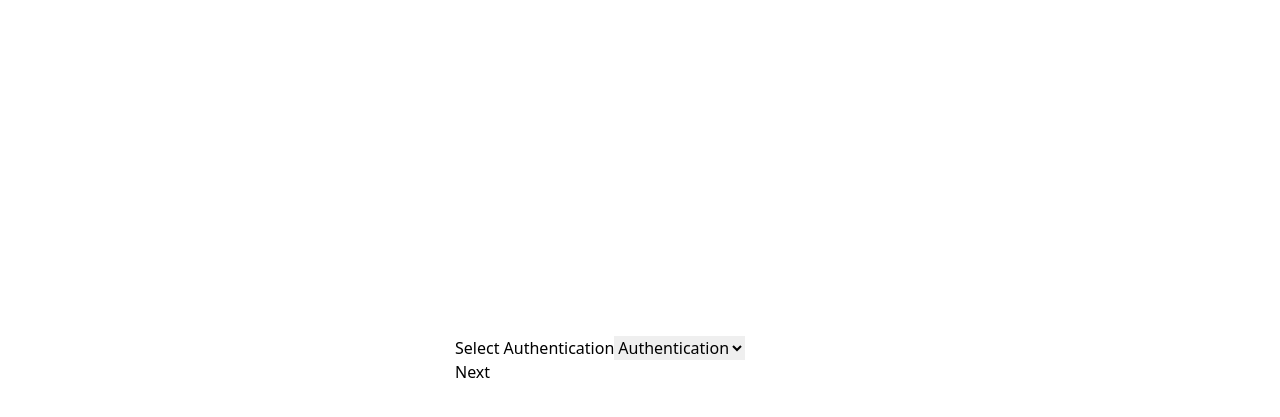
Repository: AbdalrahmanEldeep/FIBOTIC
Page: /
These files come from the project's save history. The page is drawn as it stood at one moment and after the next save; the edit follows.
The browser window is 1280 px wide. The pictures show the whole page.
The project was rebuilt for these pictures with package versions that can differ from the ones it lists, and the page was loaded fresh each time. Also part of the build but not shown: vite.config.js, src/pages/protecter.jsx, src/pages/exame.jsx.

Above is the page before, as saved 2023-01-06 23:19:00.

### index.html
<!DOCTYPE html>
<html lang="en">
  <head>
    <meta charset="UTF-8" />
    <link rel="icon" type="image/svg+xml" href="/vite.svg" />
    <meta name="viewport" content="width=device-width, initial-scale=1.0" />
    <title>FIBO</title>
    <!-- Tailwindcss -->
    <link rel="stylesheet" href="/src/global/app.css">
  </head>
  <body>
    <div id="root"></div>
    <script type="module" src="/src/main.jsx"></script>
    <script>
      // On page load or when changing themes, best to add inline in `head` to avoid FOUC
      if (localStorage.getItem('color-theme') === 'dark' || (!('color-theme' in localStorage) && window.matchMedia('(prefers-color-scheme: dark)').matches)) {
          document.documentElement.classList.add('dark');
      } else {
          document.documentElement.classList.remove('dark')
      }
  </script>
  </body>
</html>

### src/global/app.css
/*
! tailwindcss v3.2.4 | MIT License | https://tailwindcss.com
*/

/*
1. Prevent padding and border from affecting element width. (https://github.com/mozdevs/cssremedy/issues/4)
2. Allow adding a border to an element by just adding a border-width. (https://github.com/tailwindcss/tailwindcss/pull/116)
*/

*,
::before,
::after {
  box-sizing: border-box;
  /* 1 */
  border-width: 0;
  /* 2 */
  border-style: solid;
  /* 2 */
  border-color: #e5e7eb;
  /* 2 */
}

::before,
::after {
  --tw-content: '';
}

/*
1. Use a consistent sensible line-height in all browsers.
2. Prevent adjustments of font size after orientation changes in iOS.
3. Use a more readable tab size.
4. Use the user's configured `sans` font-family by default.
5. Use the user's configured `sans` font-feature-settings by default.
*/

html {
  line-height: 1.5;
  /* 1 */
  -webkit-text-size-adjust: 100%;
  /* 2 */
  -moz-tab-size: 4;
  /* 3 */
  -o-tab-size: 4;
     tab-size: 4;
  /* 3 */
  font-family: ui-sans-serif, system-ui, -apple-system, BlinkMacSystemFont, "Segoe UI", Roboto, "Helvetica Neue", Arial, "Noto Sans", sans-serif, "Apple Color Emoji", "Segoe UI Emoji", "Segoe UI Symbol", "Noto Color Emoji";
  /* 4 */
  font-feature-settings: normal;
  /* 5 */
}

/*
1. Remove the margin in all browsers.
2. Inherit line-height from `html` so users can set them as a class directly on the `html` element.
*/

body {
  margin: 0;
  /* 1 */
  line-height: inherit;
  /* 2 */
}

/*
1. Add the correct height in Firefox.
2. Correct the inheritance of border color in Firefox. (https://bugzilla.mozilla.org/show_bug.cgi?id=190655)
3. Ensure horizontal rules are visible by default.
*/

hr {
  height: 0;
  /* 1 */
  color: inherit;
  /* 2 */
  border-top-width: 1px;
  /* 3 */
}

/*
Add the correct text decoration in Chrome, Edge, and Safari.
*/

abbr:where([title]) {
  -webkit-text-decoration: underline dotted;
          text-decoration: underline dotted;
}

/*
Remove the default font size and weight for headings.
*/

h1,
h2,
h3,
h4,
h5,
h6 {
  font-size: inherit;
  font-weight: inherit;
}

/*
Reset links to optimize for opt-in styling instead of opt-out.
*/

a {
  color: inherit;
  text-decoration: inherit;
}

/*
Add the correct font weight in Edge and Safari.
*/

b,
strong {
  font-weight: bolder;
}

/*
1. Use the user's configured `mono` font family by default.
2. Correct the odd `em` font sizing in all browsers.
*/

code,
kbd,
samp,
pre {
  font-family: ui-monospace, SFMono-Regular, Menlo, Monaco, Consolas, "Liberation Mono", "Courier New", monospace;
  /* 1 */
  font-size: 1em;
  /* 2 */
}

/*
Add the correct font size in all browsers.
*/

small {
  font-size: 80%;
}

/*
Prevent `sub` and `sup` elements from affecting the line height in all browsers.
*/

sub,
sup {
  font-size: 75%;
  line-height: 0;
  position: relative;
  vertical-align: baseline;
}

sub {
  bottom: -0.25em;
}

sup {
  top: -0.5em;
}

/*
1. Remove text indentation from table contents in Chrome and Safari. (https://bugs.chromium.org/p/chromium/issues/detail?id=999088, https://bugs.webkit.org/show_bug.cgi?id=201297)
2. Correct table border color inheritance in all Chrome and Safari. (https://bugs.chromium.org/p/chromium/issues/detail?id=935729, https://bugs.webkit.org/show_bug.cgi?id=195016)
3. Remove gaps between table borders by default.
*/

table {
  text-indent: 0;
  /* 1 */
  border-color: inherit;
  /* 2 */
  border-collapse: collapse;
  /* 3 */
}

/*
1. Change the font styles in all browsers.
2. Remove the margin in Firefox and Safari.
3. Remove default padding in all browsers.
*/

button,
input,
optgroup,
select,
textarea {
  font-family: inherit;
  /* 1 */
  font-size: 100%;
  /* 1 */
  font-weight: inherit;
  /* 1 */
  line-height: inherit;
  /* 1 */
  color: inherit;
  /* 1 */
  margin: 0;
  /* 2 */
  padding: 0;
  /* 3 */
}

/*
Remove the inheritance of text transform in Edge and Firefox.
*/

button,
select {
  text-transform: none;
}

/*
1. Correct the inability to style clickable types in iOS and Safari.
2. Remove default button styles.
*/

button,
[type='button'],
[type='reset'],
[type='submit'] {
  -webkit-appearance: button;
  /* 1 */
  background-color: transparent;
  /* 2 */
  background-image: none;
  /* 2 */
}

/*
Use the modern Firefox focus style for all focusable elements.
*/

:-moz-focusring {
  outline: auto;
}

/*
Remove the additional `:invalid` styles in Firefox. (https://github.com/mozilla/gecko-dev/blob/2f9eacd9d3d995c937b4251a5557d95d494c9be1/layout/style/res/forms.css#L728-L737)
*/

:-moz-ui-invalid {
  box-shadow: none;
}

/*
Add the correct vertical alignment in Chrome and Firefox.
*/

progress {
  vertical-align: baseline;
}

/*
Correct the cursor style of increment and decrement buttons in Safari.
*/

::-webkit-inner-spin-button,
::-webkit-outer-spin-button {
  height: auto;
}

/*
1. Correct the odd appearance in Chrome and Safari.
2. Correct the outline style in Safari.
*/

[type='search'] {
  -webkit-appearance: textfield;
  /* 1 */
  outline-offset: -2px;
  /* 2 */
}

/*
Remove the inner padding in Chrome and Safari on macOS.
*/

::-webkit-search-decoration {
  -webkit-appearance: none;
}

/*
1. Correct the inability to style clickable types in iOS and Safari.
2. Change font properties to `inherit` in Safari.
*/

::-webkit-file-upload-button {
  -webkit-appearance: button;
  /* 1 */
  font: inherit;
  /* 2 */
}

/*
Add the correct display in Chrome and Safari.
*/

summary {
  display: list-item;
}

/*
Removes the default spacing and border for appropriate elements.
*/

blockquote,
dl,
dd,
h1,
h2,
h3,
h4,
h5,
h6,
hr,
figure,
p,
pre {
  margin: 0;
}

fieldset {
  margin: 0;
  padding: 0;
}

legend {
  padding: 0;
}

ol,
ul,
menu {
  list-style: none;
  margin: 0;
  padding: 0;
}

/*
Prevent resizing textareas horizontally by default.
*/

textarea {
  resize: vertical;
}

/*
1. Reset the default placeholder opacity in Firefox. (https://github.com/tailwindlabs/tailwindcss/issues/3300)
2. Set the default placeholder color to the user's configured gray 400 color.
*/

input::-moz-placeholder, textarea::-moz-placeholder {
  opacity: 1;
  /* 1 */
  color: #9ca3af;
  /* 2 */
}

input::placeholder,
textarea::placeholder {
  opacity: 1;
  /* 1 */
  color: #9ca3af;
  /* 2 */
}

/*
Set the default cursor for buttons.
*/

button,
[role="button"] {
  cursor: pointer;
}

/*
Make sure disabled buttons don't get the pointer cursor.
*/

:disabled {
  cursor: default;
}

/*
1. Make replaced elements `display: block` by default. (https://github.com/mozdevs/cssremedy/issues/14)
2. Add `vertical-align: middle` to align replaced elements more sensibly by default. (https://github.com/jensimmons/cssremedy/issues/14#issuecomment-634934210)
   This can trigger a poorly considered lint error in some tools but is included by design.
*/

img,
svg,
video,
canvas,
audio,
iframe,
embed,
object {
  display: block;
  /* 1 */
  vertical-align: middle;
  /* 2 */
}

/*
Constrain images and videos to the parent width and preserve their intrinsic aspect ratio. (https://github.com/mozdevs/cssremedy/issues/14)
*/

img,
video {
  max-width: 100%;
  height: auto;
}

/* Make elements with the HTML hidden attribute stay hidden by default */

[hidden] {
  display: none;
}

*, ::before, ::after {
  --tw-border-spacing-x: 0;
  --tw-border-spacing-y: 0;
  --tw-translate-x: 0;
  --tw-translate-y: 0;
  --tw-rotate: 0;
  --tw-skew-x: 0;
  --tw-skew-y: 0;
  --tw-scale-x: 1;
  --tw-scale-y: 1;
  --tw-pan-x:  ;
  --tw-pan-y:  ;
  --tw-pinch-zoom:  ;
  --tw-scroll-snap-strictness: proximity;
  --tw-ordinal:  ;
  --tw-slashed-zero:  ;
  --tw-numeric-figure:  ;
  --tw-numeric-spacing:  ;
  --tw-numeric-fraction:  ;
  --tw-ring-inset:  ;
  --tw-ring-offset-width: 0px;
  --tw-ring-offset-color: #fff;
  --tw-ring-color: rgb(59 130 246 / 0.5);
  --tw-ring-offset-shadow: 0 0 #0000;
  --tw-ring-shadow: 0 0 #0000;
  --tw-shadow: 0 0 #0000;
  --tw-shadow-colored: 0 0 #0000;
  --tw-blur:  ;
  --tw-brightness:  ;
  --tw-contrast:  ;
  --tw-grayscale:  ;
  --tw-hue-rotate:  ;
  --tw-invert:  ;
  --tw-saturate:  ;
  --tw-sepia:  ;
  --tw-drop-shadow:  ;
  --tw-backdrop-blur:  ;
  --tw-backdrop-brightness:  ;
  --tw-backdrop-contrast:  ;
  --tw-backdrop-grayscale:  ;
  --tw-backdrop-hue-rotate:  ;
  --tw-backdrop-invert:  ;
  --tw-backdrop-opacity:  ;
  --tw-backdrop-saturate:  ;
  --tw-backdrop-sepia:  ;
}

::backdrop {
  --tw-border-spacing-x: 0;
  --tw-border-spacing-y: 0;
  --tw-translate-x: 0;
  --tw-translate-y: 0;
  --tw-rotate: 0;
  --tw-skew-x: 0;
  --tw-skew-y: 0;
  --tw-scale-x: 1;
  --tw-scale-y: 1;
  --tw-pan-x:  ;
  --tw-pan-y:  ;
  --tw-pinch-zoom:  ;
  --tw-scroll-snap-strictness: proximity;
  --tw-ordinal:  ;
  --tw-slashed-zero:  ;
  --tw-numeric-figure:  ;
  --tw-numeric-spacing:  ;
  --tw-numeric-fraction:  ;
  --tw-ring-inset:  ;
  --tw-ring-offset-width: 0px;
  --tw-ring-offset-color: #fff;
  --tw-ring-color: rgb(59 130 246 / 0.5);
  --tw-ring-offset-shadow: 0 0 #0000;
  --tw-ring-shadow: 0 0 #0000;
  --tw-shadow: 0 0 #0000;
  --tw-shadow-colored: 0 0 #0000;
  --tw-blur:  ;
  --tw-brightness:  ;
  --tw-contrast:  ;
  --tw-grayscale:  ;
  --tw-hue-rotate:  ;
  --tw-invert:  ;
  --tw-saturate:  ;
  --tw-sepia:  ;
  --tw-drop-shadow:  ;
  --tw-backdrop-blur:  ;
  --tw-backdrop-brightness:  ;
  --tw-backdrop-contrast:  ;
  --tw-backdrop-grayscale:  ;
  --tw-backdrop-hue-rotate:  ;
  --tw-backdrop-invert:  ;
  --tw-backdrop-opacity:  ;
  --tw-backdrop-saturate:  ;
  --tw-backdrop-sepia:  ;
}

### src/main.jsx
import ReactDOM  from "react-dom/client";
import { Root } from "./router/Root";
import 'flowbite';

const root = ReactDOM.createRoot(document.querySelector("#root"));

root.render(
  <Root/>
)

### src/router/Root.jsx
import React from 'react'
import { BrowserRouter, Route, Routes } from 'react-router-dom'
import Home from '../pages/home'
import Protecter from '../pages/protecter'
import Aboute from '../pages/exame'

export const Root = () => {
  return (
    <BrowserRouter>
        <Routes>
            <Route path="/" element={<Protecter statuse={true}><Home/></Protecter>}/>
            <Route path="/exame" element={<Protecter statuse={true}><Aboute/></Protecter>}/>
        </Routes>
    </BrowserRouter>
  )
}

### src/pages/home.jsx
import React from 'react'
import styled from 'styled-components'
import { CntForm } from '../components/cntForm'

const Container = styled.div`

  position: fixed;
  top: 50%;
  left: 50%;
  transform: translate(-50%,-50%);
  width: 80%;
  margin: 0 auto;
  @media screen and (min-width:976px) {
    width: 400px;
  }
`

export default function Home() {
  return (
    <>
    <Container>
      <CntForm/>
    </Container>
    </>
  )
}

### src/components/cntForm.jsx
import React from 'react'

export const CntForm = () => {
  return (
    <form className='shadow' style={{padding:"15px"}}>
            <div className="flex flex-col gap-2 items-start mb-6">
                <label htmlFor="countries" className="block mb-2 text-sm font-medium text-gray-900 dark:text-white">Select Authentication</label>
                <select id="countries" className="bg-gray-50 border border-gray-300 text-gray-900 text-sm rounded focus:ring-blue-500 focus:border-blue-500 block w-full p-2.5 dark:bg-gray-700 dark:border-gray-600 dark:placeholder-gray-400 dark:text-white dark:focus:ring-blue-500 dark:focus:border-blue-500">
                    <option defaultValue="Authentication">Authentication</option>
                    <option value="1">Admine</option>
                    <option value="2">Student</option>
                </select>
            </div>
            <button type="submit" className="text-white bg-blue-700 hover:bg-blue-800 focus:ring-4 focus:outline-none focus:ring-blue-300 font-medium rounded text-sm px-5 py-2.5 text-center dark:bg-blue-600 dark:hover:bg-blue-700 dark:focus:ring-blue-800">Next</button>
    </form>
  )
}

After the next save:
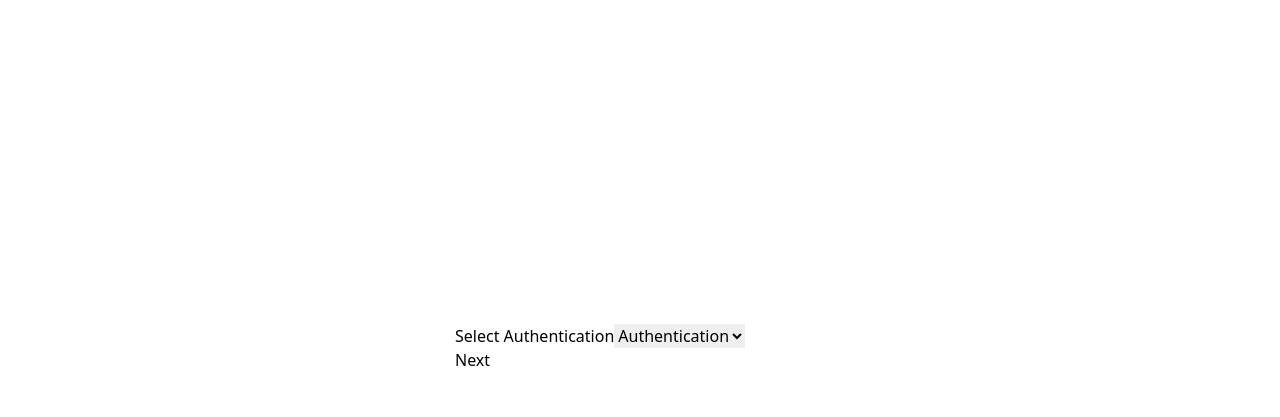
Saved 22 s later.
--- a/src/pages/home.jsx
+++ b/src/pages/home.jsx
@@ -20,6 +20,10 @@
     <>
     <Container>
       <CntForm/>
+      <button id="theme-toggle" type="button" class="text-gray-500 dark:text-gray-400 hover:bg-gray-100 dark:hover:bg-gray-700 focus:outline-none focus:ring-4 focus:ring-gray-200 dark:focus:ring-gray-700 rounded-lg text-sm p-2.5">
+        <svg id="theme-toggle-dark-icon" class="hidden w-5 h-5" fill="currentColor" viewBox="0 0 20 20" xmlns="http://www.w3.org/2000/svg"><path d="M17.293 13.293A8 8 0 016.707 2.707a8.001 8.001 0 1010.586 10.586z"></path></svg>
+        <svg id="theme-toggle-light-icon" class="hidden w-5 h-5" fill="currentColor" viewBox="0 0 20 20" xmlns="http://www.w3.org/2000/svg"><path d="M10 2a1 1 0 011 1v1a1 1 0 11-2 0V3a1 1 0 011-1zm4 8a4 4 0 11-8 0 4 4 0 018 0zm-.464 4.95l.707.707a1 1 0 001.414-1.414l-.707-.707a1 1 0 00-1.414 1.414zm2.12-10.607a1 1 0 010 1.414l-.706.707a1 1 0 11-1.414-1.414l.707-.707a1 1 0 011.414 0zM17 11a1 1 0 100-2h-1a1 1 0 100 2h1zm-7 4a1 1 0 011 1v1a1 1 0 11-2 0v-1a1 1 0 011-1zM5.05 6.464A1 1 0 106.465 5.05l-.708-.707a1 1 0 00-1.414 1.414l.707.707zm1.414 8.486l-.707.707a1 1 0 01-1.414-1.414l.707-.707a1 1 0 011.414 1.414zM4 11a1 1 0 100-2H3a1 1 0 000 2h1z" fill-rule="evenodd" clip-rule="evenodd"></path></svg>
+    </button>
     </Container>
     </>
   )

After the 2 saves that followed:
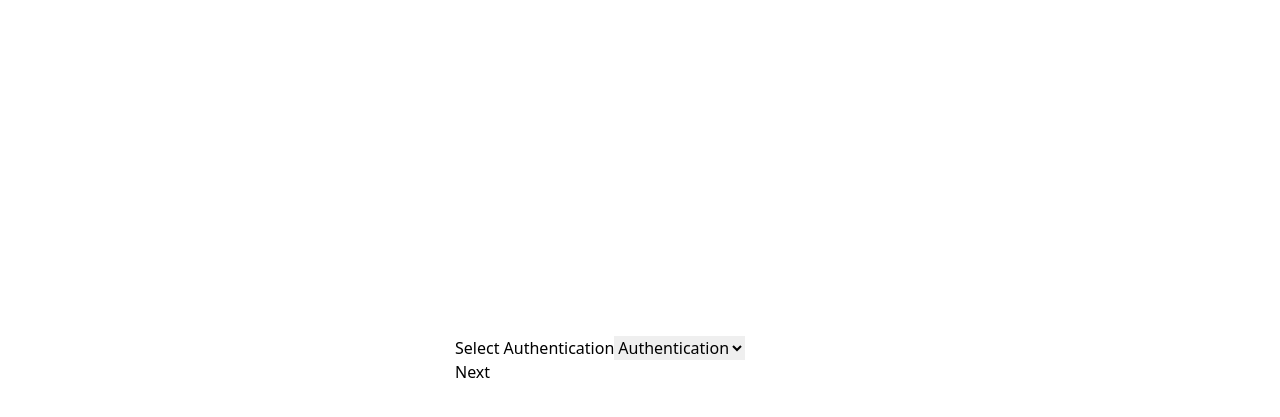
The 2 saves are shown as one change because 1 left the picture as it was.
The last was saved 44 s later.
--- a/index.html
+++ b/index.html
@@ -11,13 +11,5 @@
   <body>
     <div id="root"></div>
     <script type="module" src="/src/main.jsx"></script>
-    <script>
-      // On page load or when changing themes, best to add inline in `head` to avoid FOUC
-      if (localStorage.getItem('color-theme') === 'dark' || (!('color-theme' in localStorage) && window.matchMedia('(prefers-color-scheme: dark)').matches)) {
-          document.documentElement.classList.add('dark');
-      } else {
-          document.documentElement.classList.remove('dark')
-      }
-  </script>
   </body>
 </html>
--- a/src/pages/home.jsx
+++ b/src/pages/home.jsx
@@ -20,10 +20,6 @@
     <>
     <Container>
       <CntForm/>
-      <button id="theme-toggle" type="button" class="text-gray-500 dark:text-gray-400 hover:bg-gray-100 dark:hover:bg-gray-700 focus:outline-none focus:ring-4 focus:ring-gray-200 dark:focus:ring-gray-700 rounded-lg text-sm p-2.5">
-        <svg id="theme-toggle-dark-icon" class="hidden w-5 h-5" fill="currentColor" viewBox="0 0 20 20" xmlns="http://www.w3.org/2000/svg"><path d="M17.293 13.293A8 8 0 016.707 2.707a8.001 8.001 0 1010.586 10.586z"></path></svg>
-        <svg id="theme-toggle-light-icon" class="hidden w-5 h-5" fill="currentColor" viewBox="0 0 20 20" xmlns="http://www.w3.org/2000/svg"><path d="M10 2a1 1 0 011 1v1a1 1 0 11-2 0V3a1 1 0 011-1zm4 8a4 4 0 11-8 0 4 4 0 018 0zm-.464 4.95l.707.707a1 1 0 001.414-1.414l-.707-.707a1 1 0 00-1.414 1.414zm2.12-10.607a1 1 0 010 1.414l-.706.707a1 1 0 11-1.414-1.414l.707-.707a1 1 0 011.414 0zM17 11a1 1 0 100-2h-1a1 1 0 100 2h1zm-7 4a1 1 0 011 1v1a1 1 0 11-2 0v-1a1 1 0 011-1zM5.05 6.464A1 1 0 106.465 5.05l-.708-.707a1 1 0 00-1.414 1.414l.707.707zm1.414 8.486l-.707.707a1 1 0 01-1.414-1.414l.707-.707a1 1 0 011.414 1.414zM4 11a1 1 0 100-2H3a1 1 0 000 2h1z" fill-rule="evenodd" clip-rule="evenodd"></path></svg>
-    </button>
     </Container>
     </>
   )
